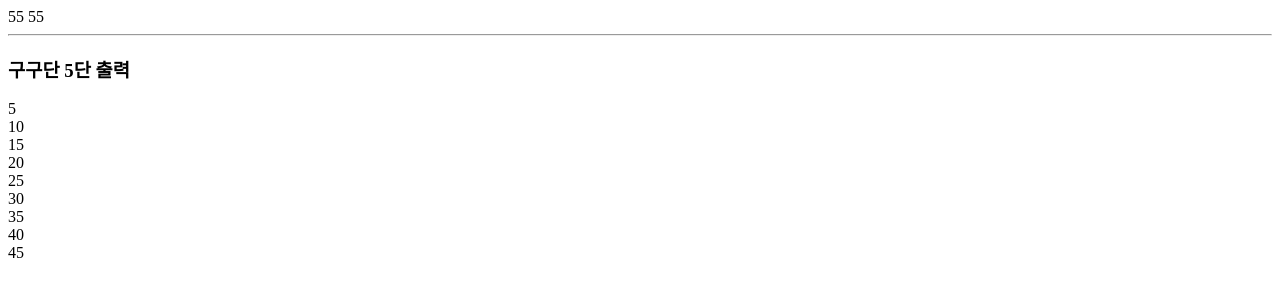
Repository: Muji1412/JSPstudy
Page: http://localhost/JSPbasic/jstl/jtsl_foreach.jsp
The author's editor kept a copy of each file at every save. The page is drawn from the files as they stood at one save, then again after a run of saves.
The browser window is 1280 px wide. The pictures show the whole page.
The page is served by Tomcat 9. Nobody is signed in. The application's start-up code is not run.

Above is the page before, as saved 2025-02-24 03:18:18.

After the next 2 saves:
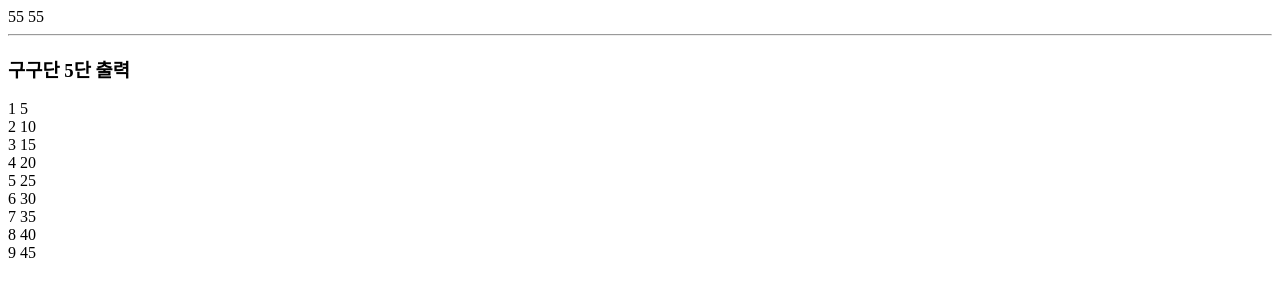
The 2 saves are shown as one change because 1 did not build or start.
The last was saved 104 s later.
--- a/workspace/JSPbasic/src/main/webapp/jstl/jtsl_foreach.jsp
+++ b/workspace/JSPbasic/src/main/webapp/jstl/jtsl_foreach.jsp
@@ -32,6 +32,8 @@
 <h3>구구단 5단 출력</h3>
 
 <c:forEach var = "i" begin ="1" end ="9" step = "1">
+
+	<c:out value = "${i}"/>
 	<c:out value = "${5 * i}"/><br>
 </c:forEach>
 
